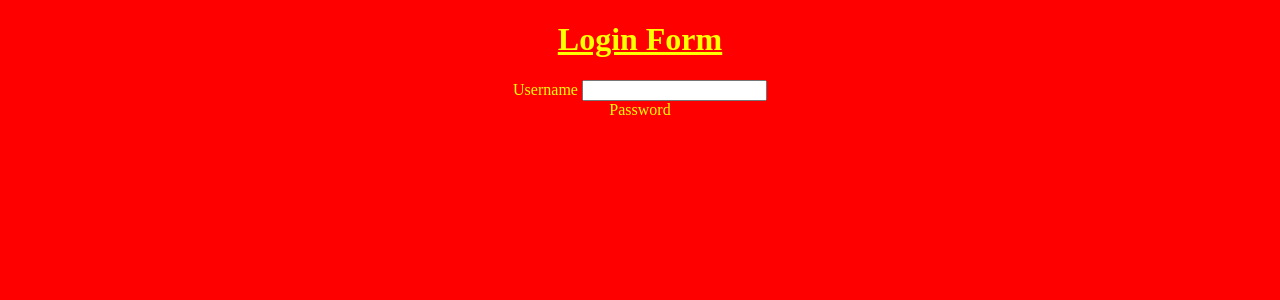
Repository: venugopalakrishnamylavarapu/Naresh-It-Full-Stack-java-Developer
Page: Advanced Java/Coding/Login/src/main/webapp/login.html
These files come from the project's save history. The page is drawn as it stood at one moment and after the next save; the edit follows.
The browser window is 1280 px wide. The pictures show the whole page.

Above is the page before, as saved 2023-02-08 15:01:17.

### Advanced Java/Coding/Login/src/main/webapp/login.html
<!DOCTYPE html>
<html>
<head>
<meta charset="ISO-8859-1">
<title>Insert title here</title>
</head>
<body bgcolor="red" text="Yellow">
<center>
<h1><u>Login Form</u></h1>
<form>
Username <input type="text" name="uname"><br>
Password
</form>
</center>
</body>
</html>

After the next save:
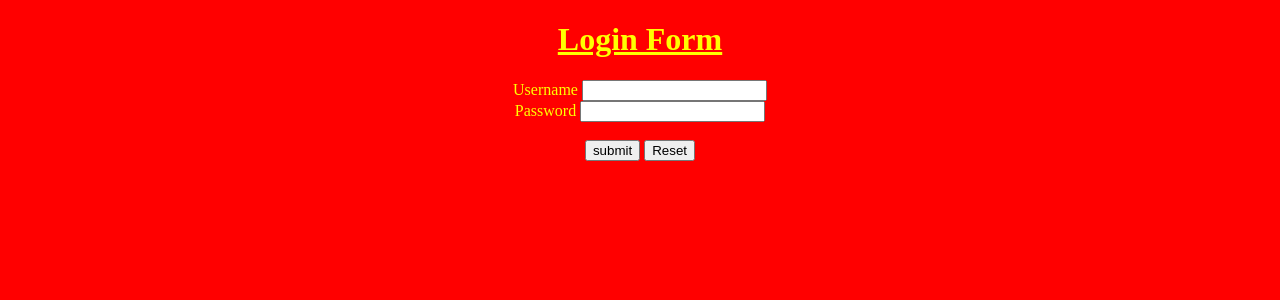
Saved 6 min 59 s later.
--- a/Advanced Java/Coding/Login/src/main/webapp/login.html
+++ b/Advanced Java/Coding/Login/src/main/webapp/login.html
@@ -9,7 +9,8 @@
 <h1><u>Login Form</u></h1>
 <form>
 Username <input type="text" name="uname"><br>
-Password
+Password <input type="password" name="pword"><br><br>
+<input type="submit" value="submit">&nbsp<input type="reset">
 </form>
 </center>
 </body>
